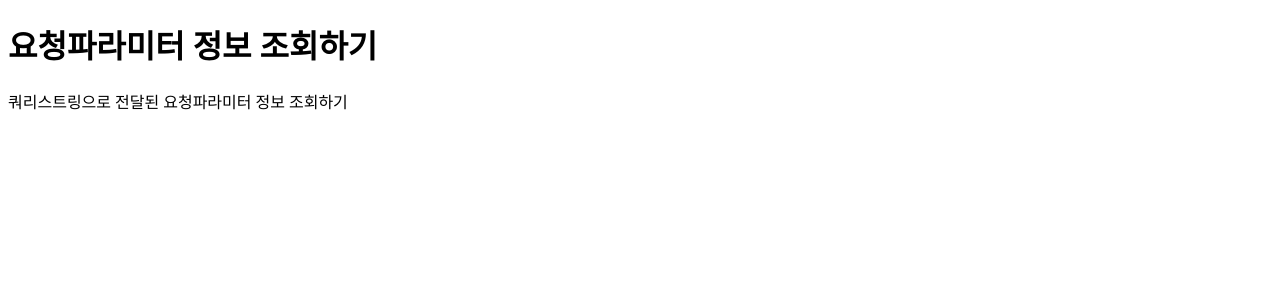
Repository: qwer1227/Jsp_study
Page: http://localhost/app/req2.jsp
An editor plug-in stored every save of this project. The page is shown before and after the next save, followed by the edit.
The browser window is 1280 px wide. The pictures show the whole page.
The page is served by Tomcat 9.

Above is the page before, as saved 2024-08-07 00:42:10.

### app/src/main/webapp/req2.jsp
<%@ page language="java" contentType="text/html; charset=EUC-KR"
    pageEncoding="EUC-KR"%>
<!DOCTYPE html>
<html>
<head>
<meta charset="UTF-8">
<title>Insert title here</title>
</head>
<body>
<h1>요청파라미터 정보 조회하기</h1>
<p>쿼리스트링으로 전달된 요청파라미터 정보 조회하기</p>

<%
	//요청파라미터 정보 조회하기
	String value1 = request.getParameter("opt");
	String value2 = request.getParameter("keyword");
%>


<!--
	요청URL : http://localhost/app/req2.jsp?opt=xxx&keyword=xxxx

	요청URI : /app/req2.jsp

	쿼리스트링 : opt=xxx&keyword=xxx

	요청파라미터 정보
	* 톰캣이 쿼리스트링을 분석해서 요청객체에 저장한 정보
	name		value
	opt			xxx
	keyword		xxx
 -->
</body>
</html>

After the next save:
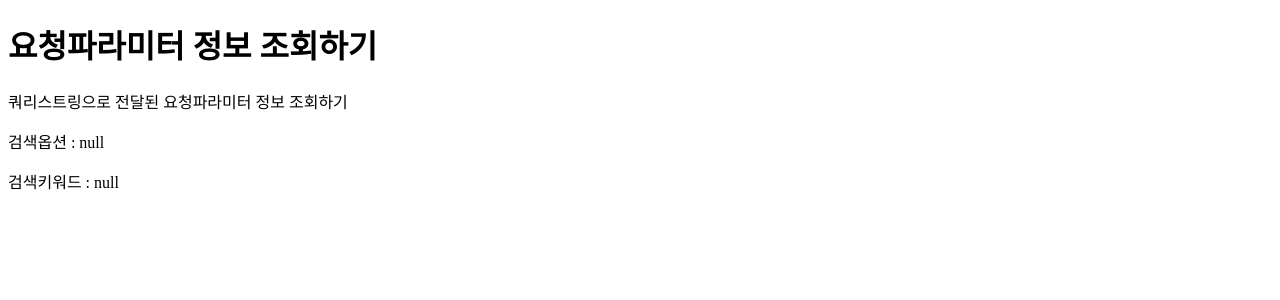
Saved 24 s later.
--- a/app/src/main/webapp/req2.jsp
+++ b/app/src/main/webapp/req2.jsp
@@ -15,7 +15,8 @@
 	String value1 = request.getParameter("opt");
 	String value2 = request.getParameter("keyword");
 %>
-
+<p>검색옵션 : <%=value1 %></p>
+<p>검색키워드 : <%=value2 %></p>
 
 <!--
 	요청URL : http://localhost/app/req2.jsp?opt=xxx&keyword=xxxx
